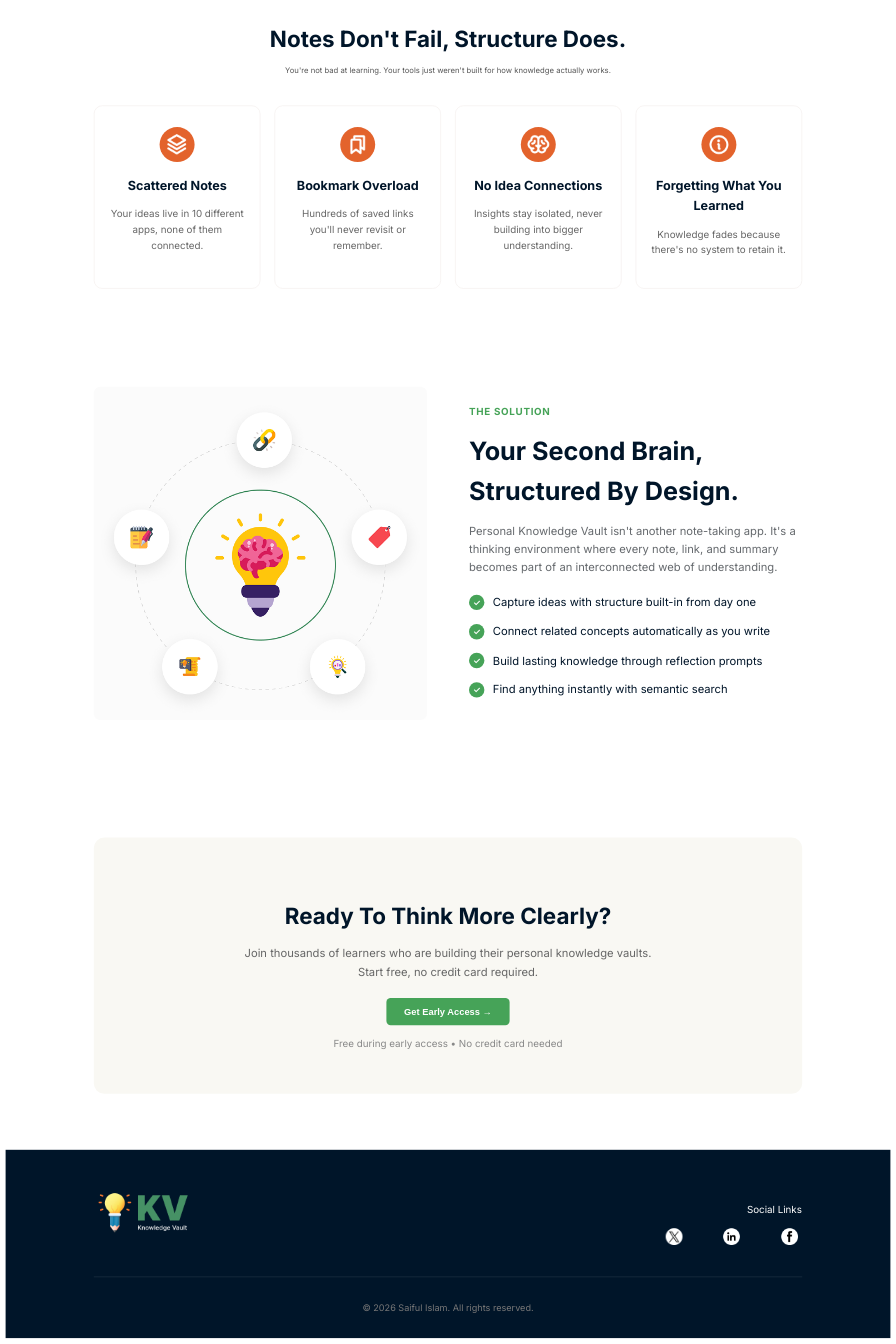
Repository: Saiful21Islam/my-fast-devel
Page: index.html
The author's editor kept a copy of each file at every save. The page is drawn from the files as they stood at one save, then again after a run of saves.
The browser window is 1280 px wide. The pictures show the part of the page from y = 671 to 2591 px (the page is 2591 px tall), at 70% of full size.

Above is the page before, as saved 2026-01-31 14:40:57.

### index.html
<!DOCTYPE html>
<html lang="en">

<head>
    <meta charset="UTF-8">
    <meta name="viewport" content="width=device-width, initial-scale=1.0">
    <title>My Fast Development Project</title>
    <link rel="preconnect" href="https://fonts.googleapis.com">
<link rel="preconnect" href="https://fonts.gstatic.com" crossorigin>
<link href="https://fonts.googleapis.com/css2?family=Inter:ital,opsz,wght@0,14..32,100..900;1,14..32,100..900&family=Open+Sans:ital,wght@0,300..800;1,300..800&family=Work+Sans:ital,wght@0,100..900;1,100..900&display=swap" rel="stylesheet">
    <link rel="stylesheet" href="style.css">
</head>

<body>
    <header class="navbar">
        <div class="logo">
            <img src="assets/logo-navbar.png" alt="kv logo">
        </div>
    <nav class="nav-links">
        <a href="#">Features</a>
        <a href="#">How it Works</a>
        <a href="#">Why It's Different</a>
    </nav>
    <button class="btn-primary">Get Early Access</button>
</header>
 <section class="banner">
        <div class="banner-overlay">
            <div class="banner-content">
                <span class="early-badge">Early Access Now Open</span>
                <h1>Structured Thinking, <br><span class="green-text">Not Just Note-Taking.</span></h1>
                <p>A private space to store notes, links, and learning summaries — designed to help you think clearly,
                    connect ideas, and turn learning into long-term knowledge.</p>
                <div class="banner-btns">
                  <button class="btn-primary">Start Building Your Vault &rarr;</button>

                  <button class="btn-outline">
                  <span class="play-icon">&#9655;</span> See How It Works
                           </button>
                </div>
            </div>
        </div>
    </section>
        <section class="notes">
    <h2 class="Notes" >Notes Don't Fail, Structure Does.</h2>
    <p class="subtitle">You're not bad at learning. Your tools just weren't built for how knowledge actually works.</p>

    <div class="card-container">
        <div class="card">
            <div class="icon-circle red-bg"> <img src="assets/Vector.png" alt=""> </div>
            <h3>Scattered Notes</h3>
            <p>Your ideas live in 10 different apps, none of them connected.</p>
        </div>
        <div class="card">
            <div class="icon-circle orange-bg"> <img src="assets/Bookmarks.png" alt=""> </div>
            <h3>Bookmark Overload</h3>
            <p>Hundreds of saved links you'll never revisit or remember.</p>
        </div>
        <div class="card">
            <div class="icon-circle red-bg"> <img src="assets/Brain.png" alt=""> </div>
            <h3>No Idea Connections</h3>
            <p>Insights stay isolated, never building into bigger understanding.</p>
        </div>
        <div class="card">
            <div class="icon-circle red-bg"> <img src="assets/Info.png" alt=""> </div>
            <h3>Forgetting What You Learned</h3>
            <p>Knowledge fades because there's no system to retain it.</p>
        </div>
    </div>
    </section>
 <section class="second-brain">
    <div class="brain-visual">
        <img src="assets/knowledge.png" alt="Second Brain Illustration">
    </div>

    <div class="brain-content">
        <span class="solution-tag">THE SOLUTION</span>
        <h2>Your Second Brain, <br> Structured By Design.</h2>
        <p class="prgrap" >Personal Knowledge Vault isn't another note-taking app. It's a thinking environment where every note, link, and summary becomes part of an interconnected web of understanding.</p>

        <ul class="feature-list">
            <li>Capture ideas with structure built-in from day one</li>
            <li>Connect related concepts automatically as you write</li>
            <li>Build lasting knowledge through reflection prompts</li>
            <li>Find anything instantly with semantic search</li>
        </ul>
    </div>
</section>

<section class="cta-section">
    <div class="cta-container">
        <h2>Ready To Think More Clearly?</h2>
        <p>Join thousands of learners who are building their personal knowledge vaults. <br> Start free, no credit card required.</p>

        <button class="btn-primary">Get Early Access &rarr;</button>

        <span class="cta-subtext">Free during early access • No credit card needed</span>
    </div>
</section>

<footer class="footer">
    <div class="footer-top">
        <div class="footer-logo">
            <span> <div><img src="assets/logo-footer.png" alt=""></div> </span>
        </div>

        <div class="social-links">
            <p>Social Links</p>
            <div class="icons">
                <a href="#"> <img src="icon/tw.c.png" alt="Twitter"> </a>
                <a href="#"> <img src="icon/in.c.png" alt="LinkedIn"> </a>
                <a href="#"> <img src="icon/fb.c.png" alt="Facebook"> </a>
            </div>
        </div>
    </div>
    <div class="footer-bottom">
        <p>&copy; 2026 Saiful Islam. All rights reserved.</p>
    </div>
</footer>

</body>
</html>

### style.css
/* Google Font (Always on Top) */
@import url('https://fonts.googleapis.com/css2?family=Inter:wght@400;600;700&display=swap');

/* Global */
body {
    font-family: 'Inter', sans-serif;
    color: #001529;
    line-height: 1.6;
}

/* Navbar */
.navbar {
    display: flex;
    justify-content: space-between;
    align-items: center;
    padding: 20px 5%;
}

.nav-links a {
    text-decoration: none;
    color: black;
    margin: 0 15px;
}

/* Buttons */
.btn-early {
    background-color: #46a358;
    color: white;
    padding: 10px 20px;
    border: none;
    border-radius: 5px;
}

/* Banner */
.banner {
    background-image: linear-gradient(rgba(0, 0, 0, 0.5), rgba(0, 0, 0, 0.5)),
        url('assets/hero-bg.png');
    background-size: cover;
    background-position: center;
    height: 500px;

    display: flex;
    justify-content: center;
    align-items: center;
    text-align: center;
    color: white;
}

/* Badge */
.early-badge {
    display: inline-flex;
    align-items: center;
    color: #46a358;
    background-color: #fff;
    padding: 6px 15px;
    border: 1px solid #eee;
    border-radius: 50px;
    font-size: 12px;
    font-weight: 600;
    cursor: pointer;
    box-shadow: 0 2px 5px rgba(0, 0, 0, 0.1);
}

.early-badge::before {
    content: "";
    height: 8px;
    width: 8px;
    background-color: #46a358;
    border-radius: 50%;
    margin-right: 8px;
    box-shadow: 0 0 5px rgba(70, 163, 88, 0.8);
}

/* Text */
h1 {
    font-size: 56px;
    font-weight: 700;
    letter-spacing: -1px;
}

.green-text {
    color: #46a358;
}

.banner p {
    font-size: 18px;
    color: #cfd8dc;
    max-width: 650px;
    margin: 20px auto;
}

/* Banner Buttons */
.banner-btns {
    display: flex;
    justify-content: center;
    gap: 15px;
    margin-top: 30px;
}

.btn-primary {
    background-color: #46a358;
    color: white;
    padding: 12px 25px;
    border: none;
    border-radius: 6px;
    font-weight: 600;
    cursor: pointer;
    transition: 0.3s;
}

.btn-primary:hover {
    background-color: #3b8a4a;
}

.btn-outline {
    background: transparent;
    color: white;
    padding: 12px 25px;
    border: 1px solid rgba(255, 255, 255, 0.4);
    border-radius: 6px;
    font-weight: 500;
    cursor: pointer;
    display: flex;
    align-items: center;
    gap: 8px;
}

.btn-outline:hover {
    background: rgba(255, 255, 255, 0.1);
    border-color: white;
}


.notes {
    text-align: center;
    padding: 60px 10%;
    background-color: #fff;
}

.card-container {
    display: flex;
    /* 4ti card ke pashapashi rakhar jonno */
    gap: 20px;
    margin-top: 40px;
}

.card {
    flex: 1;
    /* Shob card shoman size-er hobe */
    padding: 30px 20px;
    border: 1px solid #f4f0ee;
    border-radius: 12px;
    transition: 0.3s;

}

/* Hover Effect (Challenge Requirement) */
.card:hover {
    box-shadow: 0 10px 20px rgba(0, 0, 0, 0.05);
    transform: translateY(-5px);
}

/* Icon Design */
.icon-circle {
    width: 50px;
    height: 50px;
    border-radius: 50%;
    display: flex;
    align-items: center;
    justify-content: center;
    margin: 0 auto 20px;
    font-size: 20px;

}

.Notes {
    font-size: 32px;
    font-weight: 700;
    margin-bottom: 10px;
}

.subtitle {
    font-size: 11px;
    color: #555;
}

.red-bg {
    background-color: #e3632c;
    color: #f1ecec;
}

.orange-bg {
    background-color: #e3632c;
    color: #fefdfc;
}

.card h3 {
    font-size: 18px;
    margin-bottom: 10px;
}

.card p {
    font-size: 14px;
    color: #666;
}

.second-brain {
    display: flex;
    align-items: center;
    padding: 80px 10%;
    gap: 60px;
}

.brain-visual,
.brain-content {
    flex: 1;
}

.brain-visual img {
    max-width: 100%;
    height: auto;
}

.solution-tag {
    color: #46a358;
    font-size: 14px;
    font-weight: 700;
    text-transform: uppercase;
    letter-spacing: 1px;
}

.brain-content h2 {
    font-size: 36px;
    margin: 15px 0;
    color: #001529;
}

/* Feature List Styling */
.feature-list {
    list-style: none;
    padding: 0;
    margin-top: 25px;
}

.feature-list li {
    display: flex;
    align-items: center;
    margin-bottom: 16px;
    font-size: 16px;
    color: #001529;
}

/* Green Circle Checkmark magic */
.feature-list li::before {
    content: "✓";
    color: white;
    background-color: #46a358;
    width: 22px;
    height: 22px;
    border-radius: 50%;
    display: flex;
    justify-content: center;
    align-items: center;
    margin-right: 12px;
    font-size: 12px;
    font-weight: bold;
    flex-shrink: 0;
}

.prgrap {
    color: #65696d;
}

/* CTA Section Styling */
.cta-section {
    padding: 80px 10%;
    background-color: #fff;
}

.cta-container {
    background-color: #f9f8f3;
    /* Mockup-er halka cream color */
    padding: 60px 20px;
    border-radius: 15px;
    text-align: center;
}

.cta-container h2 {
    font-size: 32px;
    color: #001529;
    margin-bottom: 15px;
}

.cta-container p {
    color: #666;
    margin-bottom: 25px;
    line-height: 1.6;
}

.cta-subtext {
    display: block;
    margin-top: 15px;
    font-size: 14px;
    color: #888;
}

/* Footer Styling */
.footer {
    background-color: #001529;
    /* Deep navy blue */
    color: white;
    padding: 60px 10% 20px;
}

.footer-top {
    display: flex;
    justify-content: space-between;
    align-items: flex-start;
    border-bottom: 1px solid rgba(255, 255, 255, 0.1);
    padding-bottom: 40px;
}

.footer-logo .logo-text {
    font-size: 24px;
    font-weight: bold;
    color: #46a358;
}

.footer-logo p {
    font-size: 12px;
    color: #aaa;
}

.social-links p {
    font-size: 14px;
    margin-bottom: 10px;
}

.social-links .icons a {
    text-decoration: none;
    margin-left: 10px;
    font-size: 20px;
}

.footer-bottom {
    text-align: center;
    padding-top: 20px;
    font-size: 13px;
    color: #777;
}

.social-links {
    text-align: right;

.social-links p {
    color: #ffffff;
    font-size: 14px;
    margin-bottom: 15px;
    font-weight: 500;
    opacity: 0.8;
}

.icons {
    display: flex;
    justify-content: flex-end;
    gap: 1cm;
}

.icons a {
    display: flex;
    align-items: center;
    justify-content: center;
    width: 35px;
    height: 35px;
    background-color: transparent;
    border-radius: 50%;
    transition: transform 0.3s ease, background-color 0.3s ease;
}

.icons a img {
    width: 24px;
    height: auto;
    display: block;
}

.icons a:hover {
    transform: translateY(-3px);
    background-color: rgba(255, 255, 255, 0.1);
}

After the next 2 saves:
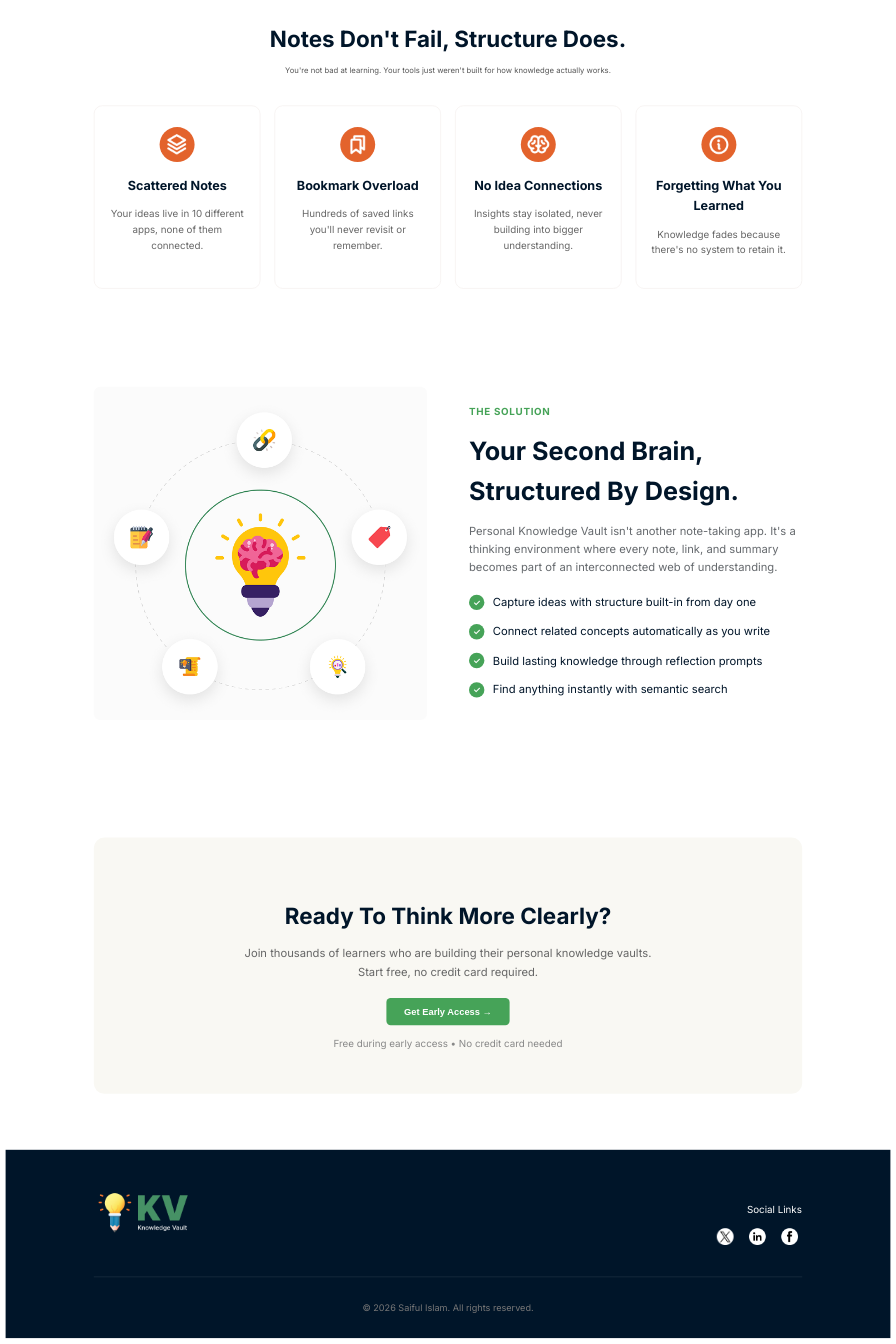
The 2 saves are shown as one change because they came seconds apart.
The last was saved 13 s later.
--- a/style.css
+++ b/style.css
@@ -363,7 +363,7 @@ h1 {
 .icons {
     display: flex;
     justify-content: flex-end;
-    gap: 1cm;
+    gap: 1px;
 }
 
 .icons a {
